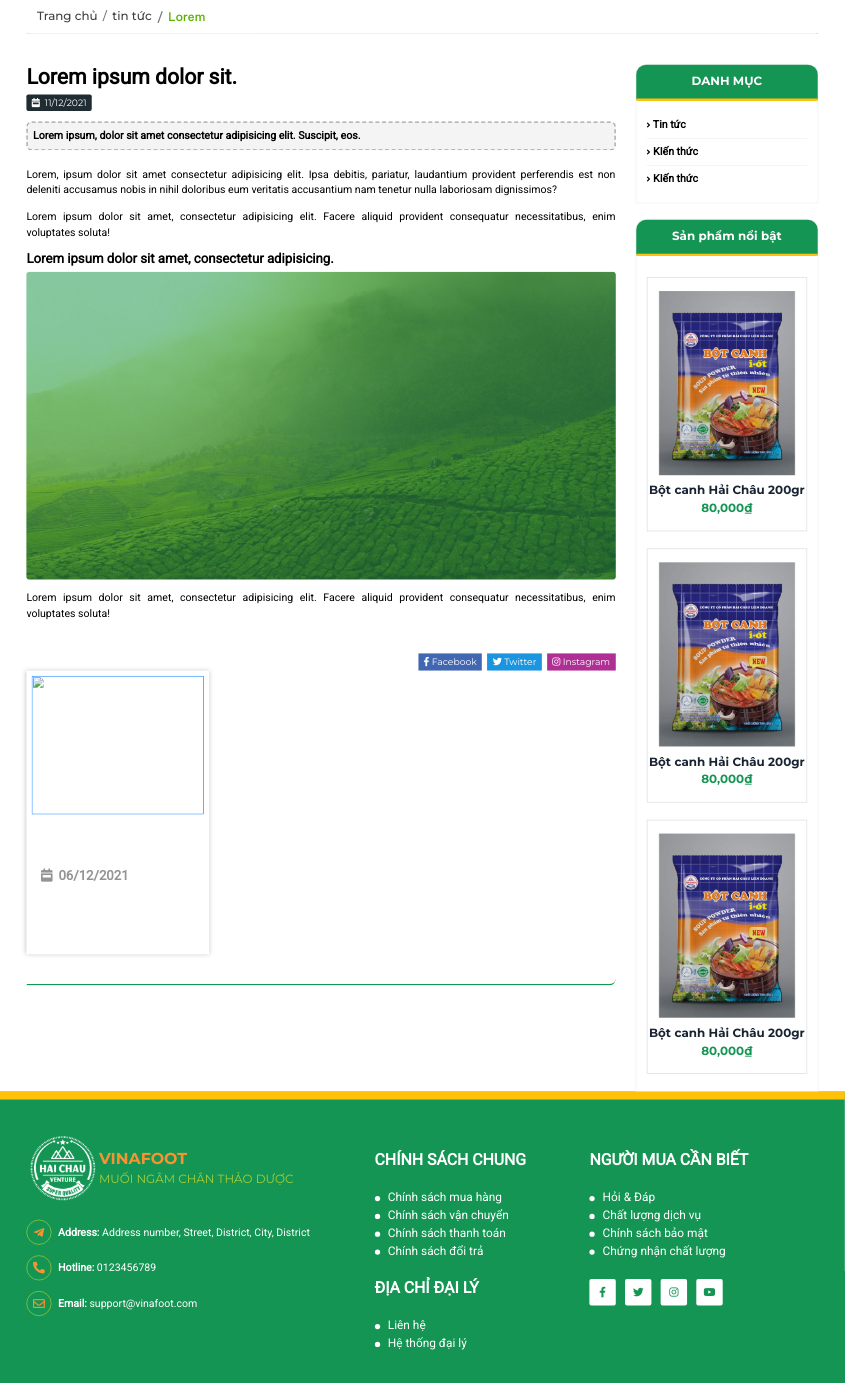
Repository: haianh12082001/VINAFOOT
Page: news-detail.html
The author's editor kept a copy of each file at every save. The page is drawn from the files as they stood at one save, then again after the next save.
The browser window is 1280 px wide. The pictures show the whole page, at 66% of full size.
Some web libraries are served in a nearby version.

Above is the page before, as saved 2021-12-12 20:54:26.

After the next save:
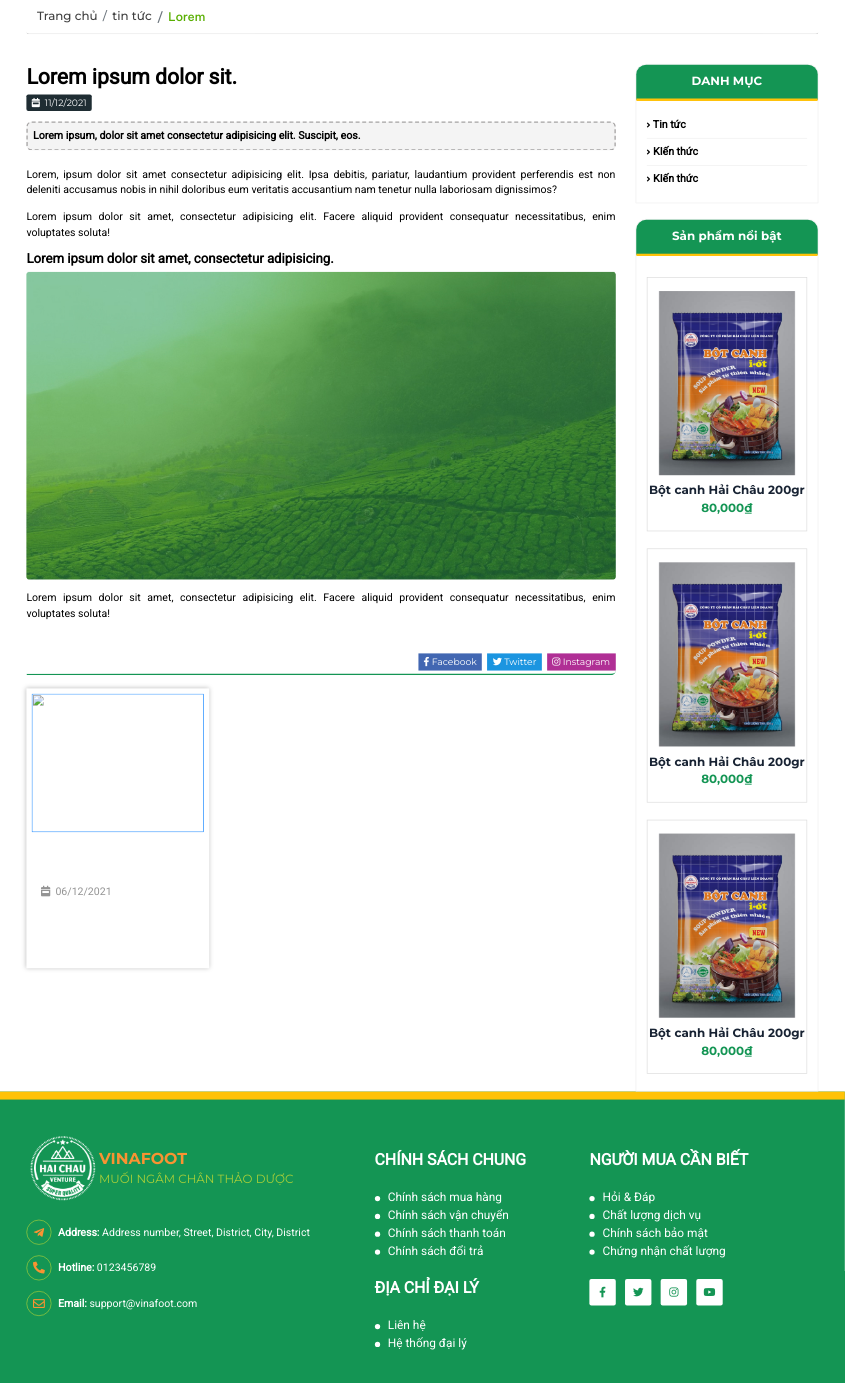
Saved 3 min 49 s later.
--- a/news-detail.html
+++ b/news-detail.html
@@ -78,23 +78,22 @@
                                 </button>
                             </li>
                         </ul>
-                        <div class="title-md">
-                            <div class="row mb-3">
-                                <div class="col-lg-4 col-md-6 mb-lg-4 mb-3">
-                                    <div class="item-article">
-                                        <a href="">
-                                            <img src="" alt="" />
-                                        </a>
-                                        <div class="body">
-                                            <div class="name truncate-h">
-                                                <a href=""></a>
-                                            </div>
-                                            <div class="create-date">
-                                                <i class="fas fa-calendar-week mr-1"></i>
-                                                06/12/2021
-                                            </div>
-                                            <div class="des truncate-h"></div>
-                                        </div>
+                        <div class="title-md"></div>
+                        <div class="row mb-3">
+                            <div class="col-lg-4 col-md-6 mb-lg-4 mb-3">
+                                <div class="item-article">
+                                    <a href="">
+                                        <img src="" alt="" />
+                                    </a>
+                                    <div class="body">
+                                        <div class="name truncate-h">
+                                            <a href=""></a>
+                                        </div>
+                                        <div class="create-date">
+                                            <i class="fas fa-calendar-week mr-1"></i>
+                                            06/12/2021
+                                        </div>
+                                        <div class="des truncate-h"></div>
                                     </div>
                                 </div>
                             </div>
